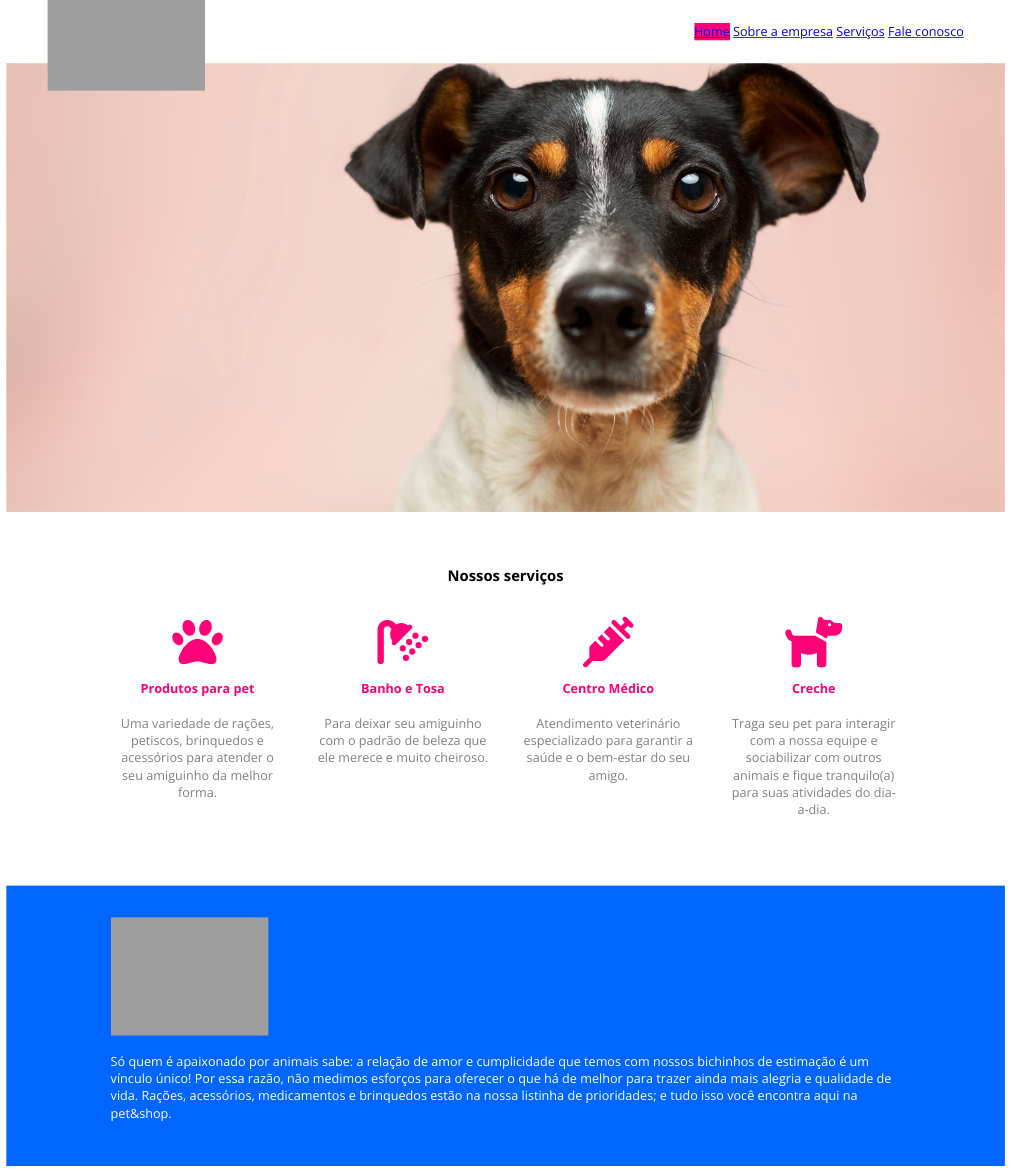
Repository: Iluiscarlos/Projeto-Site-PetShop
Page: Index.html
These files come from the project's save history. The page is drawn as it stood at one moment and after the next save; the edit follows.
The browser window is 1280 px wide. The pictures show the whole page, at 79% of full size.
Pictures or frames that could not be fetched are drawn as grey boxes. Some web libraries are served in a nearby version.

Above is the page before, as saved 2022-04-22 22:22:27.

After the next save:
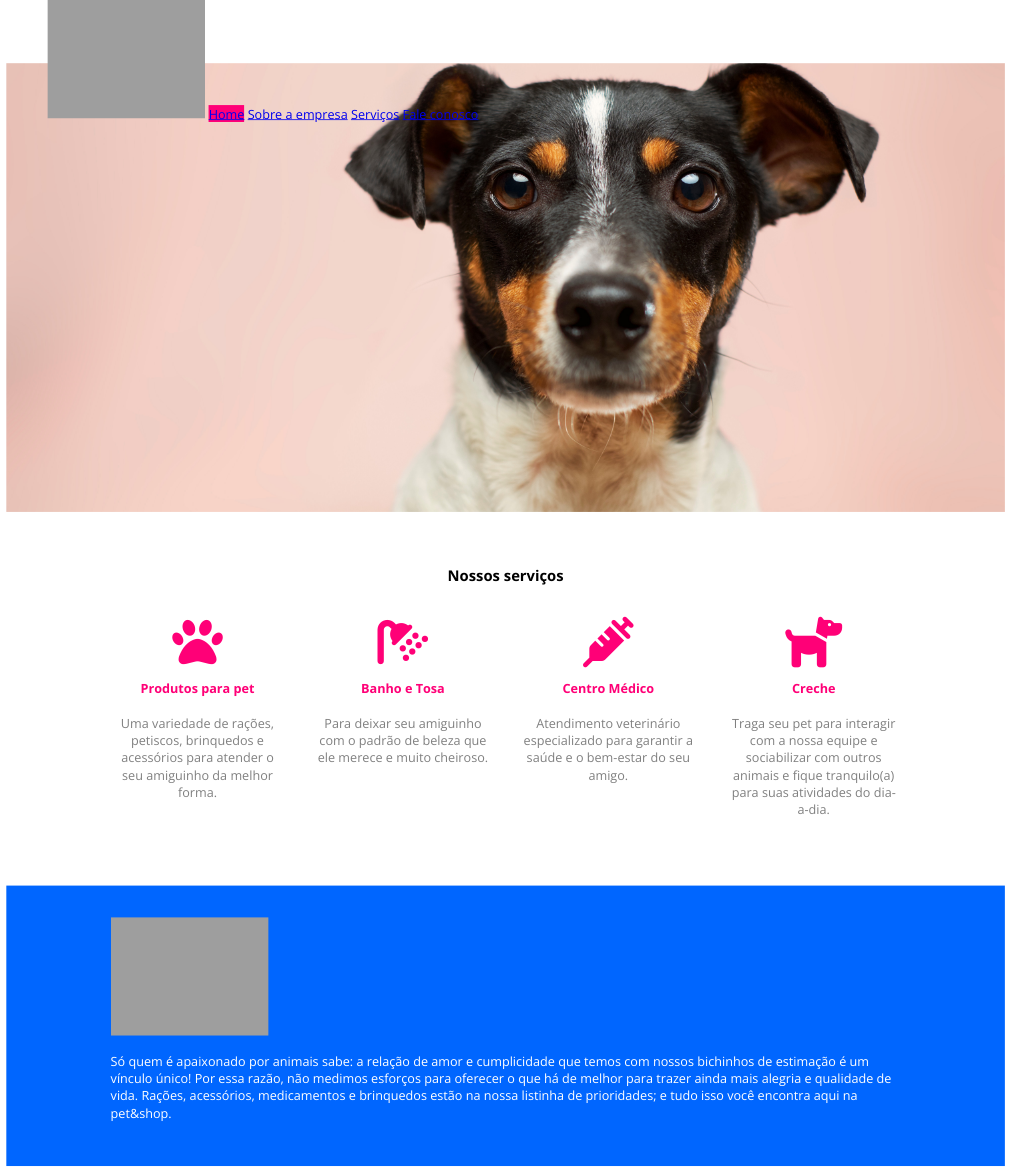
Saved 56 s later.
--- a/Index.html
+++ b/Index.html
@@ -20,7 +20,7 @@
     }
 
     header {
-      display: flex;
+      display: inline-block;
       align-items: center;
       justify-content: space-between;
       padding: 0 20px;
@@ -30,7 +30,7 @@
       right: 0;
       background-color: #ffffff;
       height: 80px;
-      text-decoration: none;
+      text-decoration:none;
     }
 
     .brand-name {

After the save that followed:
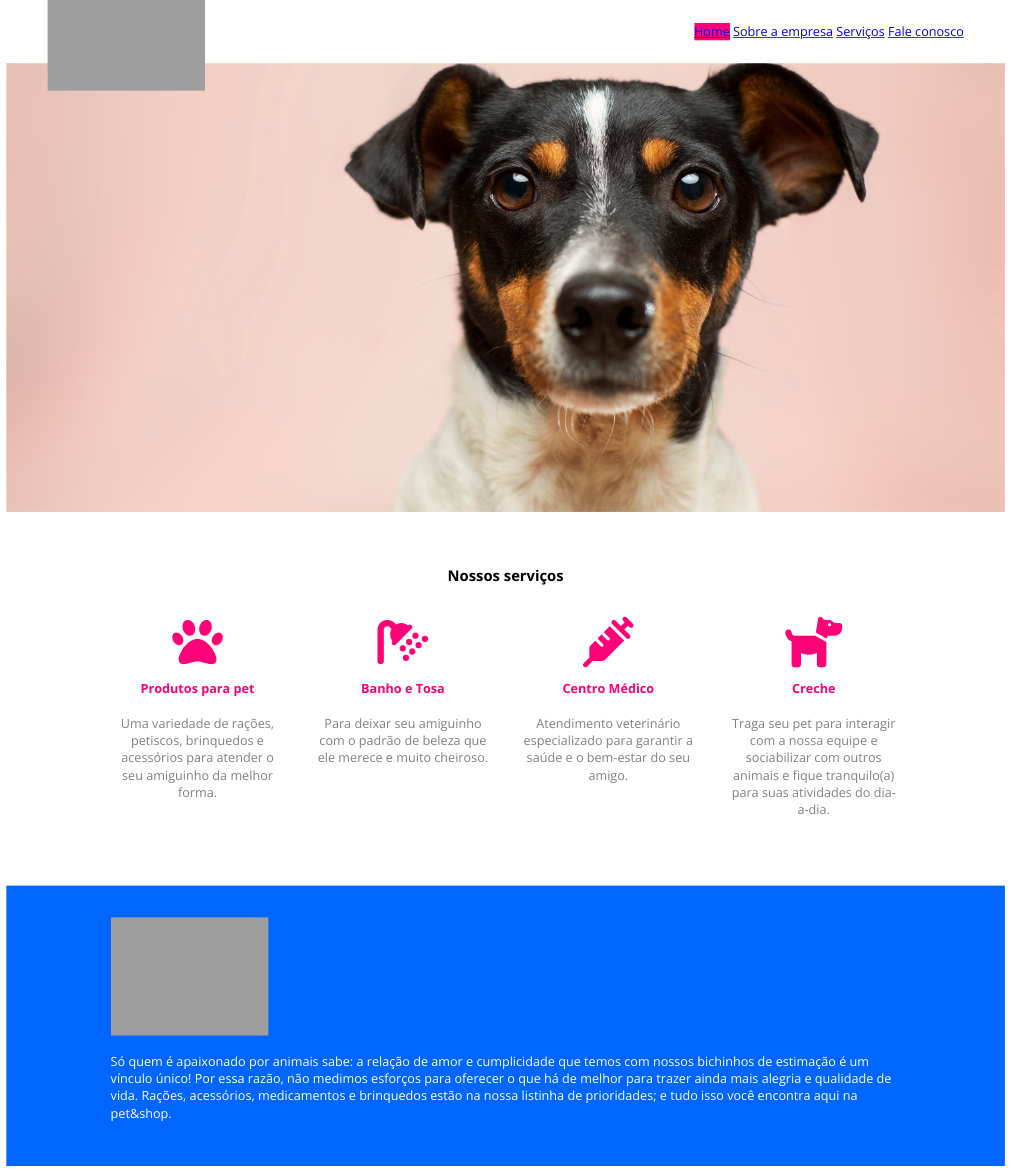
Saved 9 s later.
--- a/Index.html
+++ b/Index.html
@@ -20,7 +20,7 @@
     }
 
     header {
-      display: inline-block;
+      display: flex;
       align-items: center;
       justify-content: space-between;
       padding: 0 20px;
